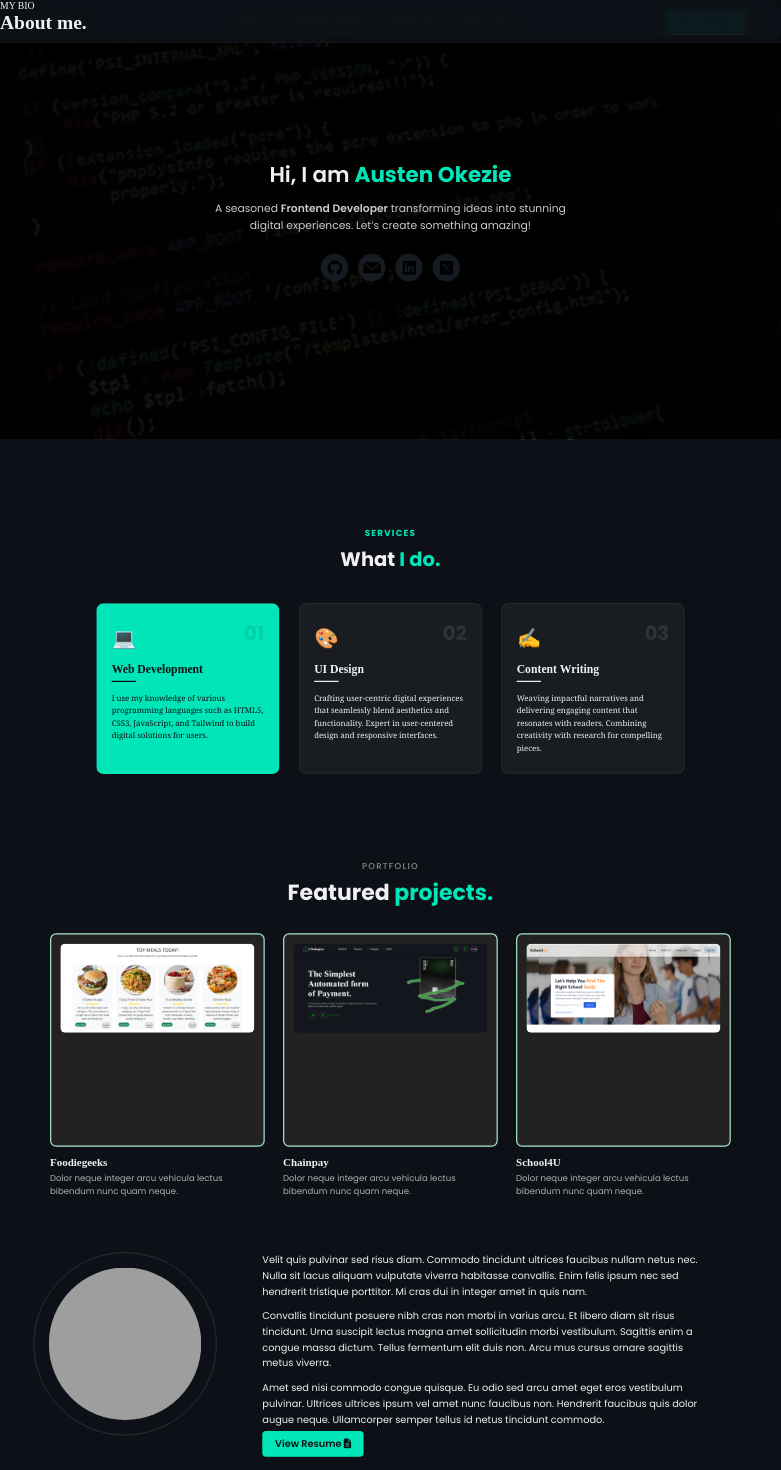
Repository: Austinokezie/Myportfolio
Page: index.html
The author's editor kept a copy of each file at every save. The page is drawn from the files as they stood at one save, then again after the next save.
The browser window is 1280 px wide. The pictures show the whole page, at 61% of full size.
Pictures or frames that could not be fetched are drawn as grey boxes. Some web fonts or font styles are not loaded; a fallback is used.

Above is the page before, as saved 2025-10-14 17:52:05.

### index.html
<!DOCTYPE html>
<html lang="en">
<head>
    <meta charset="UTF-8">
    <meta name="viewport" content="width=device-width, initial-scale=1.0">
    <title>My Portfolio</title>
    <link rel="stylesheet" href="./style.css">
    <link rel="stylesheet" href="./mediaqueries.css">
    <link rel="stylesheet" href="./lib/css/bootstrap-grid.min.css">
    <link rel="stylesheet" href="./lib/js/bootstrap.bundle.min.js">
    <link rel="stylesheet" href="https://cdnjs.cloudflare.com/ajax/libs/font-awesome/6.5.0/css/all.min.css">
</head>
<body>
    <header>
        <nav class="navbar">
          <div class="logo">Aus<span>D</span>ev</div>



           <ul class="nav-links">
               <a href="#" id="close"><img src="./Asset/icons8-close-100.png" alt=""></a>
              <li><a href="#" class="active">Home</a></li>
              <li><a href="#">Featured projects</a></li>
              <li><a href="#">About me</a></li>
             <li><a href="#">Contact me</a></li>
           </ul>

          <a href="#" class="resume-btn">View Resume</a>

          <a href="#" id="fa-bars"  ><img src="./Asset/icons8-menu-100.png" alt=""></i></a>
       </nav>
  </header>

   <section class="intro">
      <div class="overlay"></div>
      <div class="intro-content">
         <h1>Hi, I am <span>Austen Okezie</span></h1>
           <p>
              A seasoned <span class="highlight">Frontend Developer</span> transforming ideas into
              stunning digital experiences. Let’s create something amazing!
           </p>

          <div class="social-links">
              <a href="#" title="GitHub"><img src="./Asset/icons8-github-30.png" alt=""></a>
              <a href="#" title="Medium"><img src="./Asset/icons8-email-30.png" alt=""></a>
              <a href="#" title="LinkedIn"><img src="./Asset/icons8-linkedin-30.png" alt=""></a>
             <a href="#" title="Twitter"><img src="./Asset/icons8-twitter-30.png" alt=""></a>
          </div>

       </div>
    </section>

    <div class="services-section">
       <h3 class="sub-heading">SERVICES</h3>
       <h2 class="main-heading">What <span>I do.</span></h2>

        <div class="services-container">

          <div class="service-card active">
             <div class="card-number">01</div>
             <div class="card-icon">💻</div>
              <h3>Web Development</h3>
             <div class="underline"></div>
             <p>I use my knowledge of various programming languages such as HTML5, CSS3, JavaScript, and Tailwind to build digital solutions for users.</p>
           </div>

           <div class="service-card">
             <div class="card-number">02</div>
              <div class="card-icon">🎨</div>
              <h3>UI Design</h3>
             <div class="underline"></div>
              <p>Crafting user-centric digital experiences that seamlessly blend aesthetics and functionality. Expert in user-centered design and responsive interfaces.</p>
            </div>

           <div class="service-card">
             <div class="card-number">03</div>
             <div class="card-icon">✍</div>
             <h3>Content Writing</h3>
              <div class="underline"></div>
              <p>Weaving impactful narratives and delivering engaging content that resonates with readers. Combining creativity with research for compelling pieces.</p>
           </div>

        </div>
   </div>

   <section class="portfolio-section">
      <div class="container">
          <h2 class="portfolio-title">PORTFOLIO</h2>
          <h1 class="featured-projects">Featured <span> projects.</span></h1>
           <div class="projects-grid">
                <div class="project-card">
                   <div class="project-image-placeholder">
                      <img src="./Asset/Foodiegeeks.png" alt="img">
                   </div>
                   <h3 class="project-name">Foodiegeeks</h3>
                  <p class="project-description">Dolor neque integer arcu vehicula lectus bibendum nunc quam neque.</p>
               </div>

               <div class="project-card">
                   <div class="project-image-placeholder">
                      <img src="./Asset/chainpay jpg.png" alt="img">
                    </div>
                  <h3 class="project-name">Chainpay</h3>
                  <p class="project-description">Dolor neque integer arcu vehicula lectus bibendum nunc quam neque.</p>
               </div>

               <div class="project-card">
                   <div class="project-image-placeholder">
                     <img src="./Asset/Edtech.png" alt="img">
                   </div>
                   <h3 class="project-name">School4U</h3>
                   <p class="project-description">Dolor neque integer arcu vehicula lectus bibendum nunc quam neque.</p>
               </div>
            </div>
      </div>
   </section>


   <div class="about-me-container">
        <header class="">
            <p>MY BIO</p>
            <h1>About <span class="highlight">me.</span></h1>
        </header>

        <section class="content-wrapper">
            <div class="bio-visuals">
                <div class="photo-orbit-container">
                    <img src="your-image-url.jpg" alt="Profile Picture" class="profile-photo">

                    <div class="orbit-path"></div>
                </div>
            </div>

            <div class="bio-text">
                <p>
                    Velit quis pulvinar sed risus diam. Commodo tincidunt ultrices faucibus nullam netus nec. Nulla sit lacus aliquam vulputate viverra habitasse convallis. Enim felis ipsum nec sed hendrerit tristique porttitor. Mi cras dui in integer amet in quis nam.
                </p>
                <p>
                    Convallis tincidunt posuere nibh cras non morbi in varius arcu. Et libero diam sit risus tincidunt. Urna suscipit lectus magna amet sollicitudin morbi vestibulum. Sagittis enim a congue massa dictum. Tellus fermentum elit duis non. Arcu mus cursus ornare sagittis metus viverra.
                </p>
                <p>
                    Amet sed nisi commodo congue quisque. Eu odio sed arcu amet eget eros vestibulum pulvinar. Ultrices ultrices ipsum vel amet nunc faucibus non. Hendrerit faucibus quis dolor augue neque. Ullamcorper semper tellus id netus tincidunt commodo.
                </p>

                <a href="#" class="resume-btn">
                    View Resume <i class="fas fa-file-alt"></i>
                </a>
            </div>
        </section>
    </div>











         <!-- Arrow -->
        <!-- <div class="text-center mt-5">
           <img
             src="./Asset/icons8-arrow-down-100.png"
             alt="arrow icon"
             class="icon arrow img-fluid"
             style="width: 50px; cursor: pointer;"
             onclick="location.href='./experience'"
            >
       </div> -->





 <!--
        <img src="./Asset/icons8-arrow-down-100.png" alt="arrow icon"
           class="icon arrow"
           onclick="location.href= './experience'"
        >  -->


















 <script src="./script.js"></script>

</body>
</html>

Loaded but not shown: lib/css/bootstrap-grid.min.css (library); lib/js/bootstrap.bundle.min.js (library); script.js (38 lines, source omitted); style.css (1342 lines, source omitted); mediaqueries.css (empty)

After the next save:
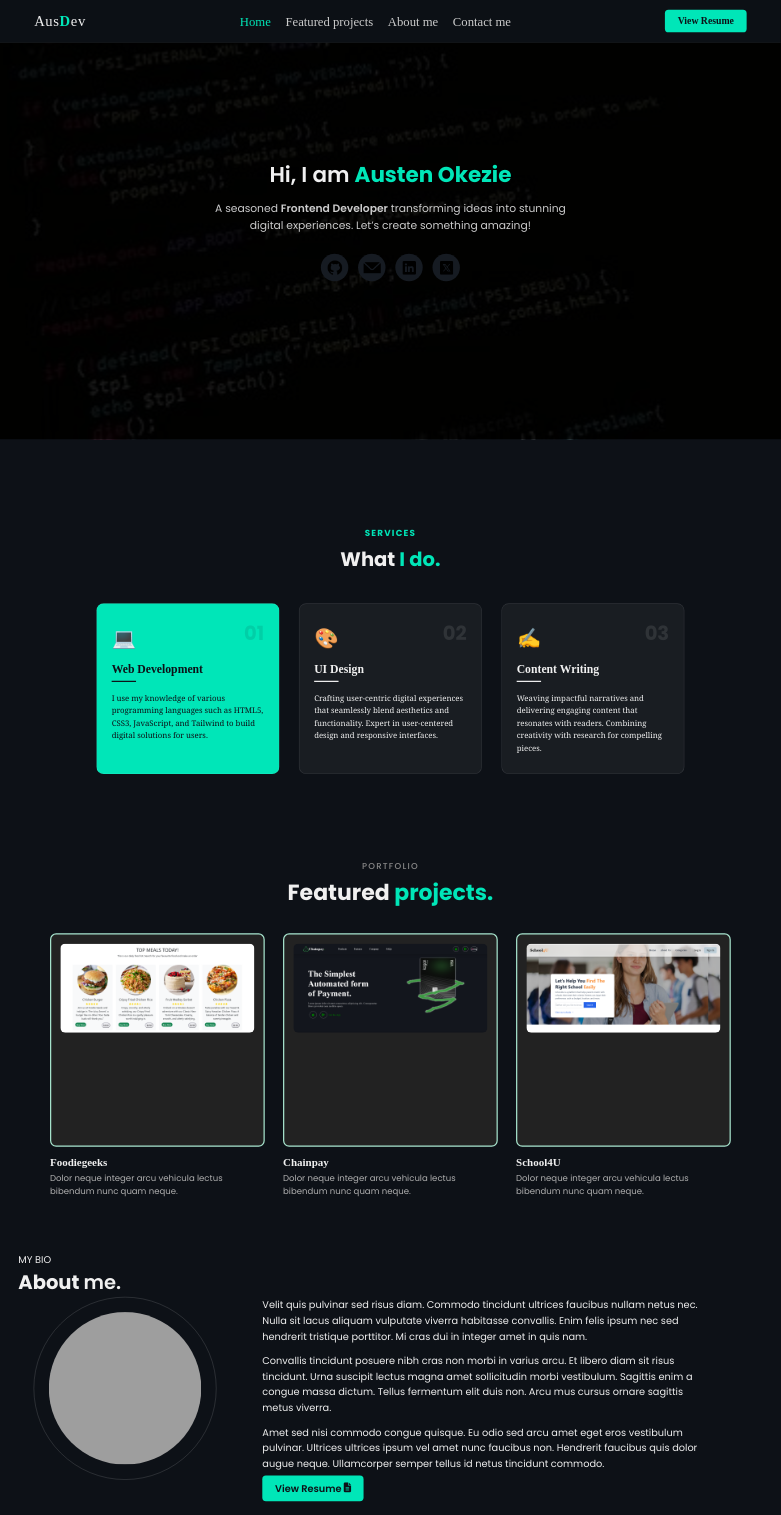
Saved 18 s later.
--- a/index.html
+++ b/index.html
@@ -117,10 +117,10 @@
 
 
    <div class="about-me-container">
-        <header class="">
+        <div class="">
             <p>MY BIO</p>
             <h1>About <span class="highlight">me.</span></h1>
-        </header>
+        </div>
 
         <section class="content-wrapper">
             <div class="bio-visuals">
